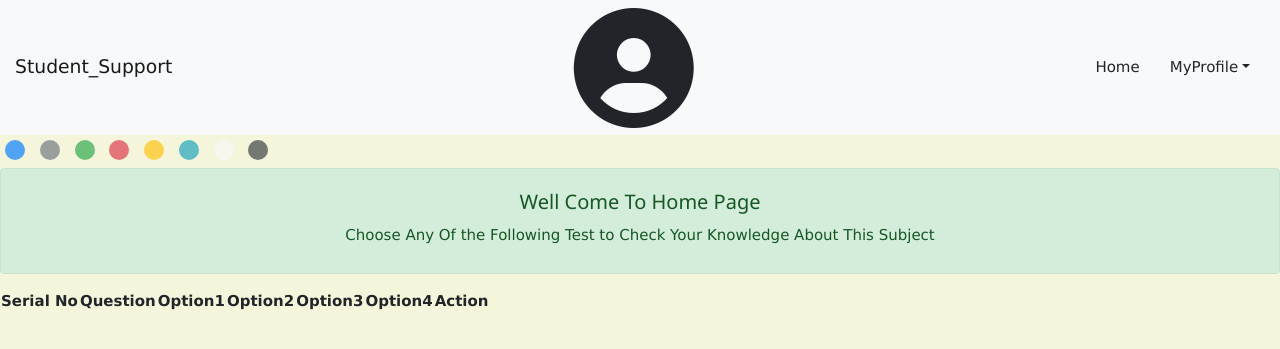
Repository: FeelHack/STUDENT-EXAMINATION-SYSTEM
Page: http://localhost/Exam_System/Admin/ViewQuestion.jsp
These files come from the project's save history. The page is drawn as it stood at one moment and after the next save; the edit follows.
The browser window is 1280 px wide. The pictures show the whole page.
Some web libraries are served in a nearby version. The page is served by Tomcat 9.

Above is the page before, as saved 2020-03-10 08:52:18.

After the next save:
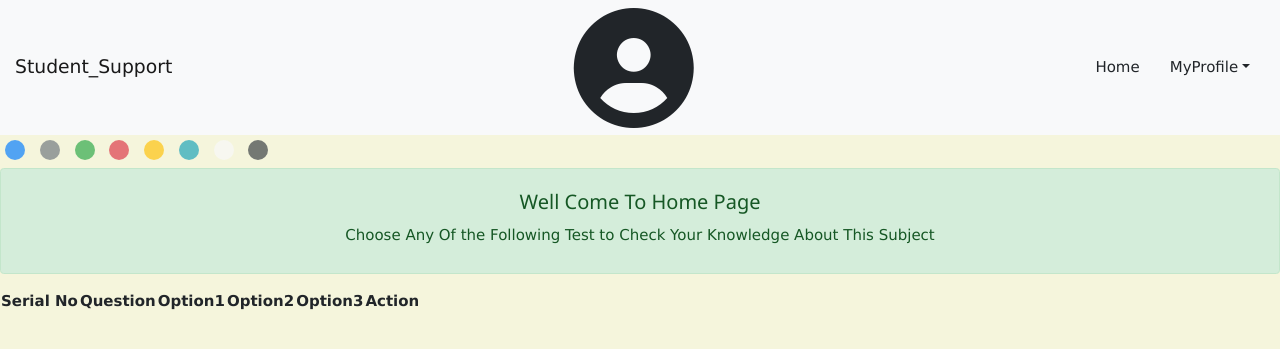
Saved 8 s later.
--- a/Exam System/WebContent/Admin/ViewQuestion.jsp
+++ b/Exam System/WebContent/Admin/ViewQuestion.jsp
@@ -21,7 +21,6 @@
             		 <th>Option1</th>
             		 <th>Option2</th>
             	     <th>Option3</th>
-            	     <th>Option4</th>
             		 <th>Action</th>
                </tr>
 
